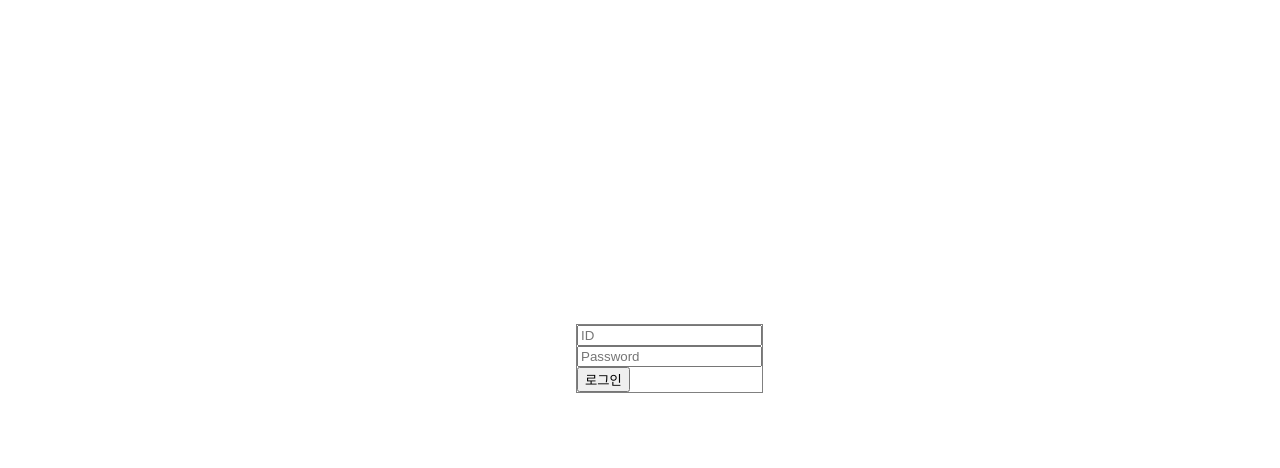
Repository: beruzz/ezen
Page: http://localhost/introduce/mc/login
These files come from the project's save history. The page is drawn as it stood at one moment and after the next save; the edit follows.
The browser window is 1280 px wide. The pictures show the whole page.
The page is served by Tomcat 9. Other server files are loaded and not shown.

Above is the page before, as saved 2022-12-14 08:53:25.

### JSP_Board&Member/introduce/src/main/webapp/member/login.jsp
<%@ page language="java" contentType="text/html; charset=UTF-8"
	pageEncoding="UTF-8"%>
<%@ taglib uri="http://java.sun.com/jsp/jstl/core" prefix="c"%>
<!DOCTYPE html>
<html>
<head>
<meta charset="UTF-8">
<title>로그인 페이지</title>
<style>
.login {
	position: absolute;
	top: 45%;
	left: 45%;
	border: solid 1px gray;
}
</style>
</head>
<body>
	<form action="/mc/login_auth" class="login" method="post">
		<input type="text" name="id" placeholder="ID"><br>
		<input type="password" name="password" placeholder="Password"><br>
		<button type="submit">로그인</button>
	</form>
</body>
</html>

### JSP_Board&Member/introduce/src/main/java/controller/MemController.java
package controller;

import java.io.IOException;
import java.util.List;

import javax.servlet.RequestDispatcher;
import javax.servlet.ServletException;
import javax.servlet.annotation.WebServlet;
import javax.servlet.http.HttpServlet;
import javax.servlet.http.HttpServletRequest;
import javax.servlet.http.HttpServletResponse;
import javax.servlet.http.HttpSession;

import org.slf4j.Logger;
import org.slf4j.LoggerFactory;

import domain.MemberVO;
import service.MemService;
import service.MemServiceImpl;

@WebServlet("/mc/*")
public class MemController extends HttpServlet {
	private static final long serialVersionUID = 1L;
	private static final Logger log = LoggerFactory.getLogger(MemController.class);
	private RequestDispatcher rdp;
	private String destPage;
	private MemService msv;
	private int isOk;

	public MemController() {
		msv = new MemServiceImpl();
	}

	protected void service(HttpServletRequest req, HttpServletResponse res) throws ServletException, IOException {
		req.setCharacterEncoding("utf-8");
		res.setCharacterEncoding("utf-8");
		res.setContentType("text/html; charset=UTF-8");

		String uri = req.getRequestURI();
		String path = uri.substring(uri.lastIndexOf("/") + 1);
		log.info(">>uri > " + uri);
		log.info(">>path > " + path);

		switch (path) {

		case "join":
			destPage = "/member/join.jsp";
			break;

		case "register":
			try {
				log.info("리지스터 체크");
				String id = req.getParameter("id");
				String password = req.getParameter("password");
				String email = req.getParameter("email");
				int age = Integer.parseInt(req.getParameter("age"));
				isOk = msv.register(new MemberVO(id, password, email, age));
				System.out.println(isOk);
				log.info(">> join >" + (isOk > 0 ? "OK" : "Fail"));
				destPage = "login";
			} catch (Exception e) {
				e.printStackTrace();
				log.info("register error");
			}
			break;
		case "login":
			destPage = "/member/login.jsp";
			break;
		case "login_auth":
			try {
				MemberVO mvo = msv.login(new MemberVO(
						req.getParameter("id"),
						req.getParameter("password")));
				log.info("로그인 객체 인풋");
				if(mvo != null) {
					HttpSession ses = req.getSession();
					ses.setAttribute("ses", mvo);
					ses.setMaxInactiveInterval(10*60);
				}else {
					req.setAttribute("msg_login", 0);
				}
				destPage="/";
			} catch (Exception e) {
				e.printStackTrace();
			}
			break;

		case "logout":
			try {
				HttpSession ses = req.getSession();
				ses.invalidate();
				destPage="/";
			} catch (Exception e) {
				e.printStackTrace(); }
			break;
		case "memList":
			HttpSession ses = req.getSession();
			List<MemberVO> memList = msv.getMemList();
			ses.setAttribute("memList", memList);
			destPage="/member/memberList.jsp";
			break;
		}
		rdp = req.getRequestDispatcher(destPage);
		rdp.forward(req, res);
	}

	protected void doGet(HttpServletRequest request, HttpServletResponse response) throws ServletException, IOException {

		service(request, response);
	}

	protected void doPost(HttpServletRequest request, HttpServletResponse response) throws ServletException, IOException {

		doGet(request, response);
	}
}

### JSP_Board&Member/introduce/src/main/java/service/MemServiceImpl.java
package service;

import java.util.List;

import org.slf4j.Logger;
import org.slf4j.LoggerFactory;

import domain.MemberVO;
import repository.MemberDAO;
import repository.MemberDAOImpl;

public class MemServiceImpl implements MemService {
	private static final Logger log = LoggerFactory.getLogger(MemServiceImpl.class);
	private MemberDAO mdao;

	public MemServiceImpl() {
		mdao = new MemberDAOImpl();
	}

	@Override
	public int register(MemberVO mvo) {
		log.info("register check 2");
		return mdao.insert(mvo);
	}

	@Override
	public MemberVO login(MemberVO mvo) {
		log.info("login 체크2");
		return mdao.login(mvo);
	}


	@Override
	public List<MemberVO> getMemList() {
		log.info("member list 체크2");
		return mdao.getMemList();
	}


}

### JSP_Board&Member/introduce/src/main/java/repository/MemberDAO.java
package repository;

import java.util.List;

import domain.MemberVO;

public interface MemberDAO {

	int insert(MemberVO mvo);

	MemberVO login(MemberVO mvo);

	List<MemberVO> getMemList();


}

### JSP_Board&Member/introduce/src/main/java/repository/MemberDAOImpl.java
package repository;

import java.util.List;

import org.apache.ibatis.session.SqlSession;
import org.slf4j.Logger;
import org.slf4j.LoggerFactory;

import domain.MemberVO;
import orm.DatabaseBuilder;

public class MemberDAOImpl implements MemberDAO {
	private static final Logger log = LoggerFactory.getLogger(MemberDAOImpl.class);
	private SqlSession sql;
	private final String NS = "MemMapper.";

	public MemberDAOImpl() {
		new DatabaseBuilder();
		sql = DatabaseBuilder.getFactory().openSession();
	}

	@Override
	public int insert(MemberVO mvo) {
		log.info("register check3");
		int isOk = sql.insert(NS + "insert", mvo);
		if (isOk > 0) {
			sql.commit();
		}
		return isOk;
	}

	@Override
	public MemberVO login(MemberVO mvo) {
		log.info("login 체크3");
		return sql.selectOne(NS+"login", mvo);
	}

	@Override
	public List<MemberVO> getMemList() {
		log.info("member list 체크3");
		return sql.selectList(NS+"memList");
	}
}

### JSP_Board&Member/introduce/src/main/java/orm/DatabaseBuilder.java
package orm;

import org.apache.ibatis.io.Resources;
import org.apache.ibatis.session.SqlSessionFactory;
import org.apache.ibatis.session.SqlSessionFactoryBuilder;

public class DatabaseBuilder {
private static SqlSessionFactory factory;

	static {
		try {
			factory = new SqlSessionFactoryBuilder().build(Resources.getResourceAsReader("orm/MybatisConfig.xml"));
		} catch (Exception e) {
			e.printStackTrace();
		}
	}
	public static SqlSessionFactory getFactory() {
		return factory;
	}
}

### JSP_Board&Member/introduce/src/main/java/domain/MemberVO.java
package domain;

public class MemberVO {
	private String id;
	private String password;
	private String email;
	private int age;

	//로그인
	public MemberVO(String id, String password) {
		this.id = id;
		this.password = password;
	}
	//회원가입
	public MemberVO(String id, String password, String email, int age) {
		this(id,password);
		this.email = email;
		this.age = age;
	}

	public String getId() {
		return id;
	}
	public void setId(String id) {
		this.id = id;
	}
	public String getPassword() {
		return password;
	}
	public void setPassword(String password) {
		this.password = password;
	}
	public String getEmail() {
		return email;
	}
	public void setEmail(String email) {
		this.email = email;
	}
	public int getAge() {
		return age;
	}
	public void setAge(int age) {
		this.age = age;
	}


}

After the next save:
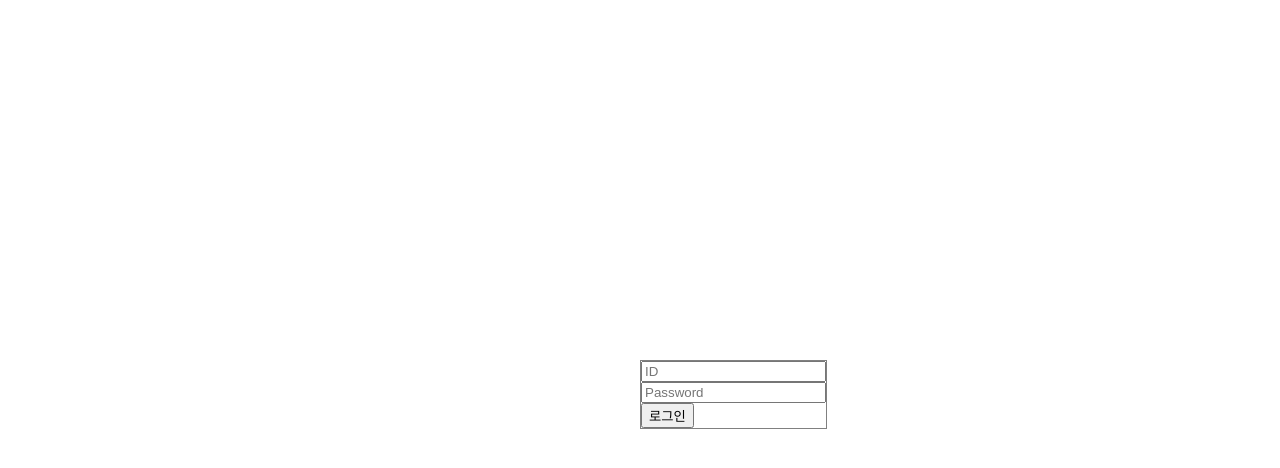
Saved 14 s later.
--- a/JSP_Board&Member/introduce/src/main/webapp/member/login.jsp
+++ b/JSP_Board&Member/introduce/src/main/webapp/member/login.jsp
@@ -9,8 +9,8 @@
 <style>
 .login {
 	position: absolute;
-	top: 45%;
-	left: 45%;
+	top: 50%;
+	left: 50%;
 	border: solid 1px gray;
 }
 </style>

After the save that followed:
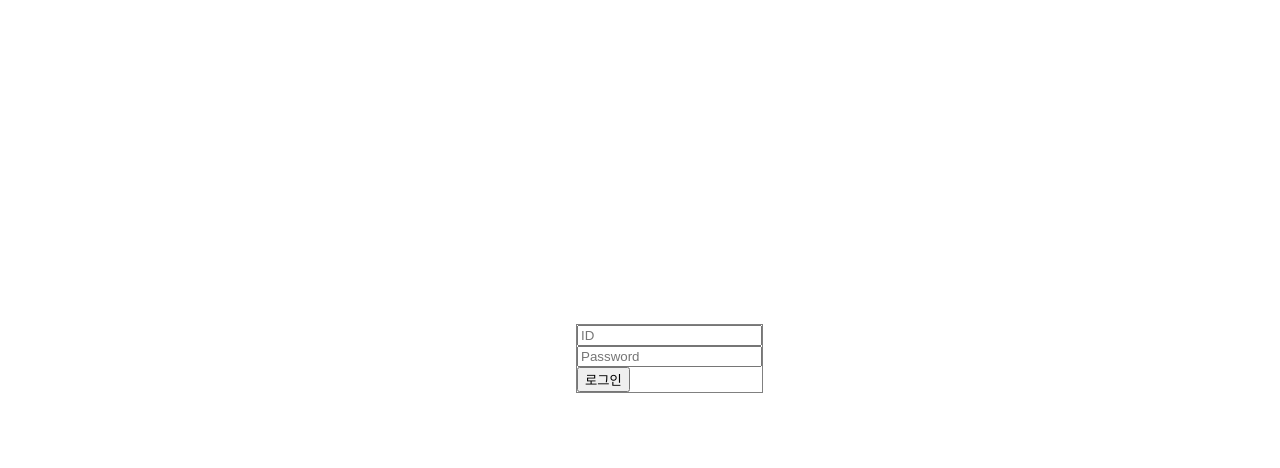
Saved 16 s later.
--- a/JSP_Board&Member/introduce/src/main/webapp/member/login.jsp
+++ b/JSP_Board&Member/introduce/src/main/webapp/member/login.jsp
@@ -9,8 +9,8 @@
 <style>
 .login {
 	position: absolute;
-	top: 50%;
-	left: 50%;
+	top: 45%;
+	left: 45%;
 	border: solid 1px gray;
 }
 </style>
